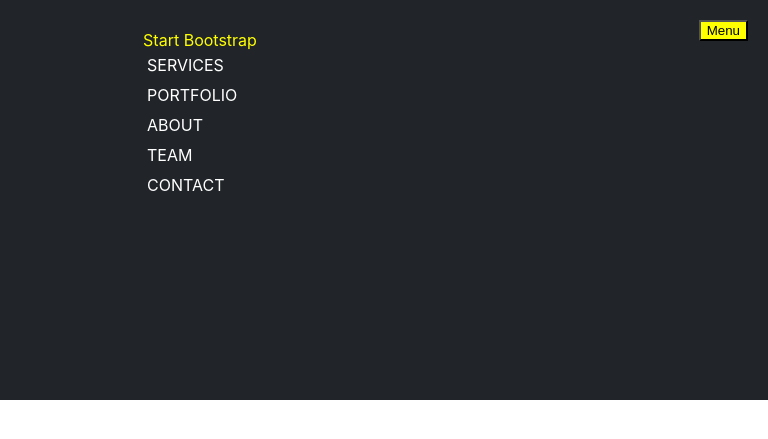
Repository: ooter37/media-queries-afternoon
Page: / (app in portfolio-clone/)
The author's editor kept a copy of each file at every save. The page is drawn from the files as they stood at one save, then again after a run of saves.
The browser window is 768 px wide. The pictures show the whole page.
The project was rebuilt for these pictures with package versions that can differ from the ones it lists, and the page was loaded fresh each time.

Above is the page before, as saved 2020-04-13 15:10:04.

After the next 2 saves:
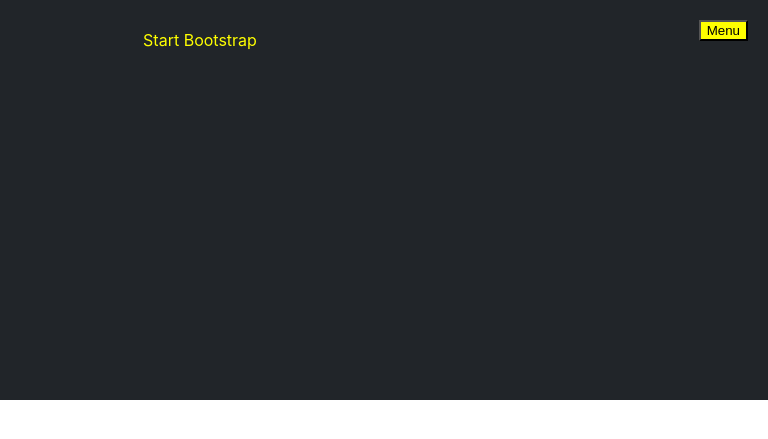
The 2 saves are shown as one change because they came seconds apart.
The last was saved 63 s later.
--- a/portfolio-clone/src/App.css
+++ b/portfolio-clone/src/App.css
@@ -45,6 +45,9 @@ body {
     background-color: #212529;
   }
   .buttons {
+    display: none;
+  }
+  .side-buttons {
     flex-direction: column;
     align-items: baseline;
     justify-content: space-around;
